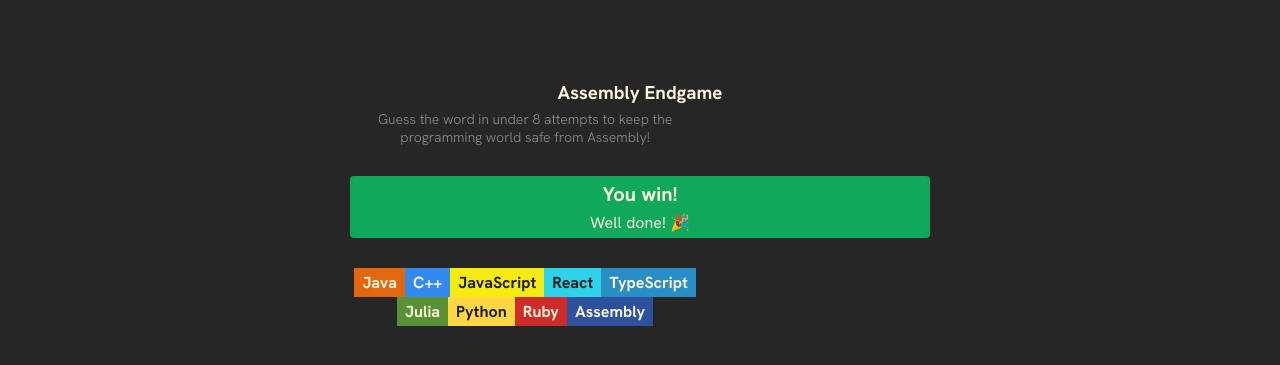
Repository: AchrafAzzaoui/AssemblyEndgame
Page: / (app in assembly-endgame/)
The author's editor kept a copy of each file at every save. The page is drawn from the files as they stood at one save, then again after the next save.
The browser window is 1280 px wide. The pictures show the whole page.
The project was rebuilt for these pictures with package versions that can differ from the ones it lists, and the page was loaded fresh each time. Also part of the build but not shown: assembly-endgame/vite.config.js.

Above is the page before, as saved 2024-12-25 13:01:01.

### assembly-endgame/index.html
<!DOCTYPE html>
<html lang="en">
  <head>
    <meta charset="UTF-8" />
    <link rel="icon" type="image/svg+xml" href="/vite.svg" />
    <meta name="viewport" content="width=device-width, initial-scale=1.0" />
    <link
      href="https://fonts.googleapis.com/css2?family=Hanken+Grotesk:wght@300;400;500;600;700&display=swap"
      rel="stylesheet"
    />
    <title>Assembly Endgame</title>
  </head>
  <body>
    <div id="root"></div>
    <script type="module" src="/src/main.jsx"></script>
  </body>
</html>

### assembly-endgame/src/index.css
* {
  margin: 0;
  padding: 0;
  box-sizing: border-box;
}
body {
  font-family: "Hanken Grotesk", sans-serif;
  background-color: #262626;
  color: #d9d9d9;
  padding: 80px 40px;
  height: 100vh;
  display: flex;
  justify-content: center;
}

header {
  text-align: center;
}

.game-title {
  color: #f9f4da;
}
.game-description {
  margin-top: 5px;
  font-weight: 300;
  color: #8e8e8e;
  font-size: 0.875rem;
  max-width: 350px;
}

/* status */
.game-status {
  background-color: #10a95b;
  color: #f9f4da;
  display: flex;
  flex-direction: column;
  align-items: center;
  padding: 0px 240px;
  margin: 20px 0;
  border-radius: 4px;
  margin-block: 30px;
}
.game-status p {
  margin-bottom: 5px;
}
.game-status h2 {
  font-size: 1.25rem;
  margin: 5px;
}

/* language tags */
.language-tags-container {
  display: flex;
  justify-content: center;
  margin-top: 25px;
  flex-wrap: wrap;
  max-width: 350px;
}

.language-tag {
  padding: 0.25rem 0.5rem;
}

### assembly-endgame/src/App.jsx
import { useState } from "react";
import Status from "./components/Status.jsx";
import LanguageTags from "./components/LanguageTags.jsx";

export default function App() {
  return (
    <main>
      <header>
        <h3 className="game-title">Assembly Endgame</h3>
        <p className="game-description">
          Guess the word in under 8 attempts to keep the programming world safe
          from Assembly!
        </p>
      </header>
      <Status />
      <LanguageTags />
    </main>
  );
}

### assembly-endgame/src/components/Status.jsx
import { useState } from "react";

export default function Status() {
  return (
    <div className="game-status">
      <h2>You win!</h2>
      <p>Well done! 🎉</p>
    </div>
  );
}

### assembly-endgame/src/components/LanguageTags.jsx
import { useState } from "react";
import { languages } from "../data/languages.js";

export default function LanguageTags() {
  const languageTags = languages.map((language) => {
    const { name, backgroundColor, color } = language;
    return (
      <div
        className="language-tag"
        style={{ backgroundColor: backgroundColor, color: color }}
      >
        <h4>{name}</h4>
      </div>
    );
  });
  return <div className="language-tags-container">{languageTags}</div>;
}

### assembly-endgame/src/data/languages.js
export const languages = [
  {
    name: "Java",
    backgroundColor: "#E2680F",
    color: "#F9F4DA",
  },
  {
    name: "C++",
    backgroundColor: "#328AF1",
    color: "#F9F4DA",
  },
  {
    name: "JavaScript",
    backgroundColor: "#F4EB13",
    color: "#1E1E1E",
  },
  {
    name: "React",
    backgroundColor: "#2ED3E9",
    color: "#1E1E1E",
  },
  {
    name: "TypeScript",
    backgroundColor: "#298EC6",
    color: "#F9F4DA",
  },
  {
    name: "Julia",
    backgroundColor: "#599137",
    color: "#F9F4DA",
  },
  {
    name: "Python",
    backgroundColor: "#FFD742",
    color: "#1E1E1E",
  },
  {
    name: "Ruby",
    backgroundColor: "#D02B2B",
    color: "#F9F4DA",
  },
  {
    name: "Assembly",
    backgroundColor: "#2D519F",
    color: "#F9F4DA",
  },
];

Loaded but not shown: assembly-endgame/src/main.jsx (common file)

After the next save:
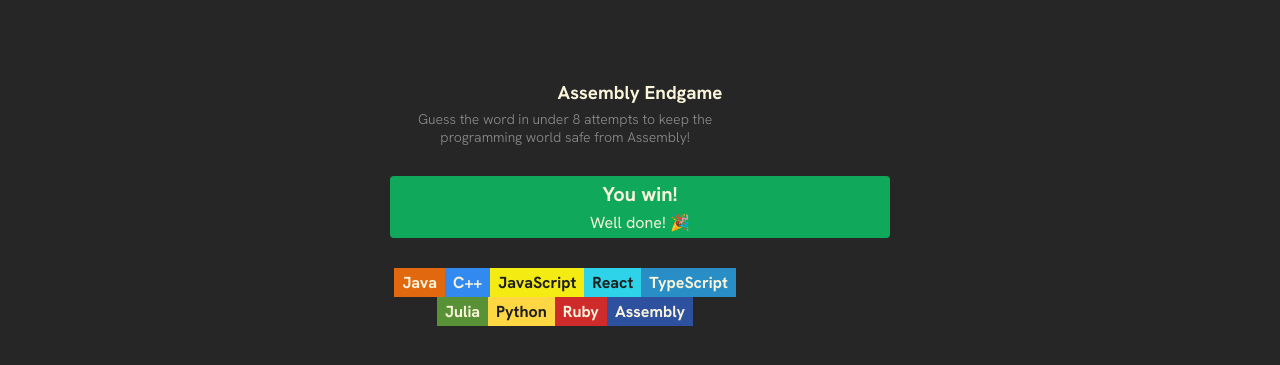
Saved 7 s later.
--- a/assembly-endgame/src/index.css
+++ b/assembly-endgame/src/index.css
@@ -35,7 +35,7 @@
   display: flex;
   flex-direction: column;
   align-items: center;
-  padding: 0px 240px;
+  padding: 0px 200px;
   margin: 20px 0;
   border-radius: 4px;
   margin-block: 30px;
